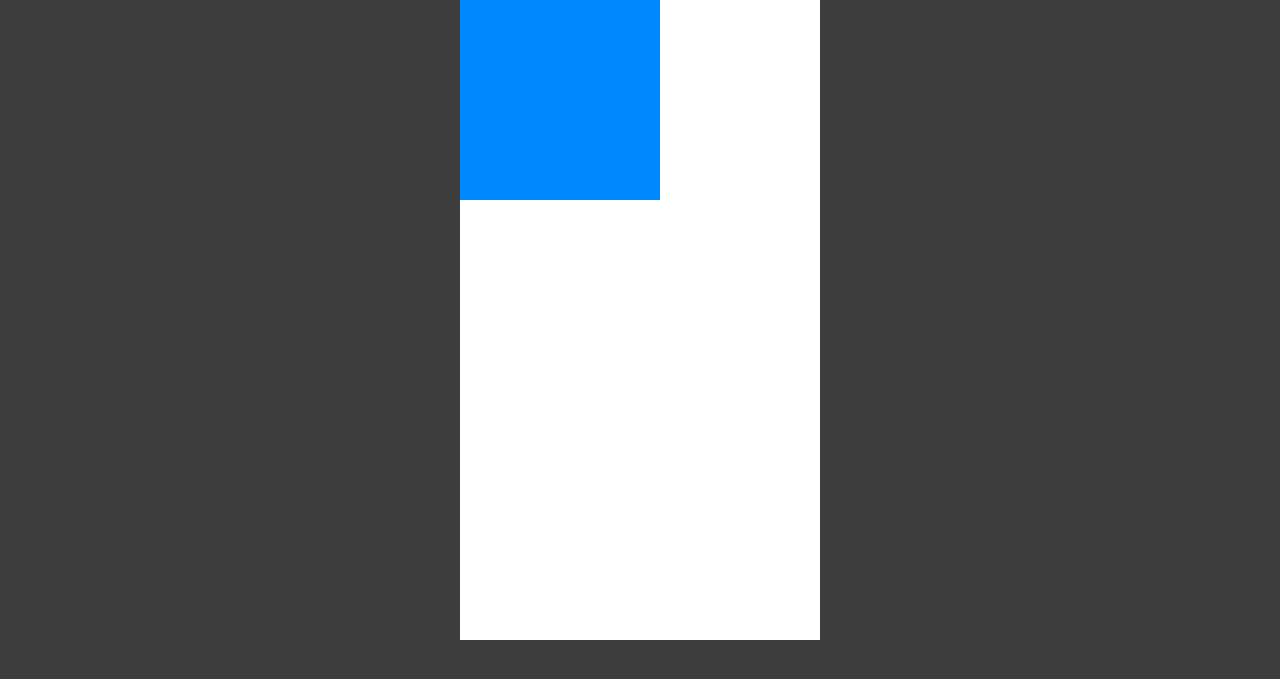
Repository: codebloxedu/galileo
Page: index.html
An editor plug-in stored every save of this project. The page is shown before and after the next save, followed by the edit.
The browser window is 1280 px wide. The pictures show the whole page.

Above is the page before, as saved 2022-07-04 17:06:18.

After the next save:
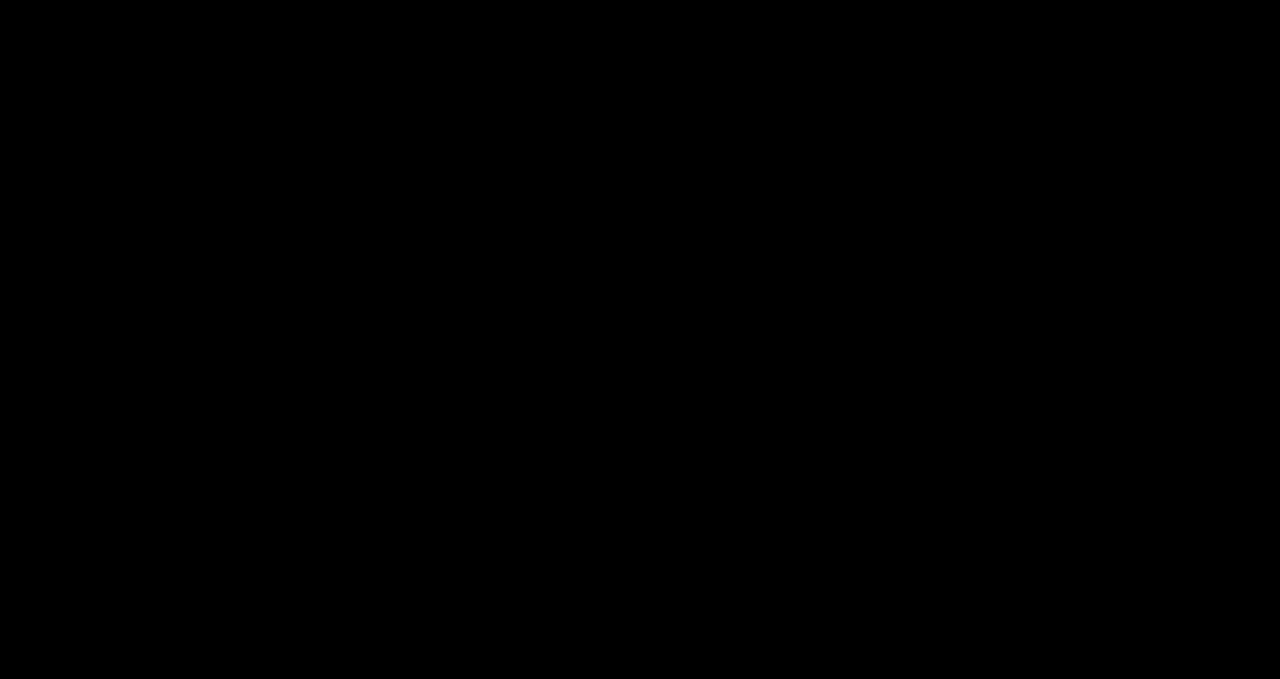
Not found: components/CodebloxUI
Saved 9 s later.
--- a/pages/newFile.js
+++ b/pages/newFile.js
@@ -1,4 +1,4 @@
-import { CodebloxUI } from "../components/CodebloxUI.js";
+import { CodebloxUI } from "../components/CodebloxUI";
 
 
 export let newFile = new FlowComponent()

After the save that followed:
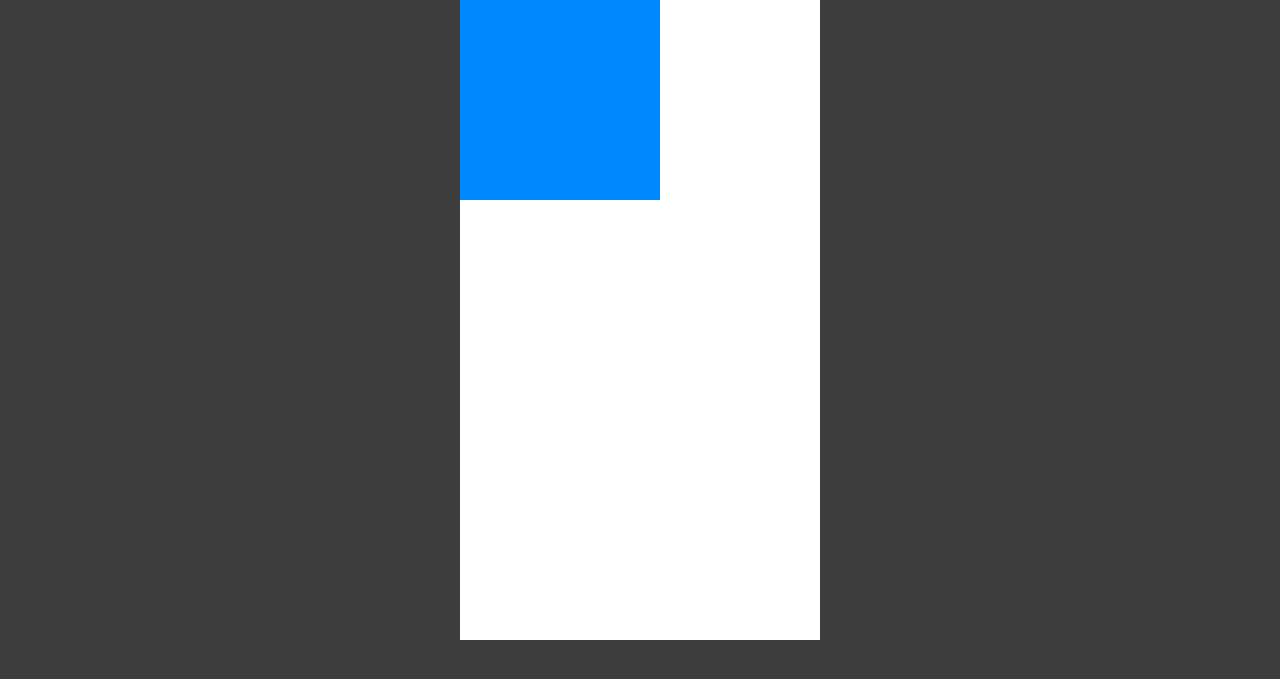
Saved 15 s later.
--- a/pages/newFile.js
+++ b/pages/newFile.js
@@ -1,4 +1,4 @@
-import { CodebloxUI } from "../components/CodebloxUI";
+import { CodebloxUI } from "../components/CodebloxUI.js";
 
 
 export let newFile = new FlowComponent()
